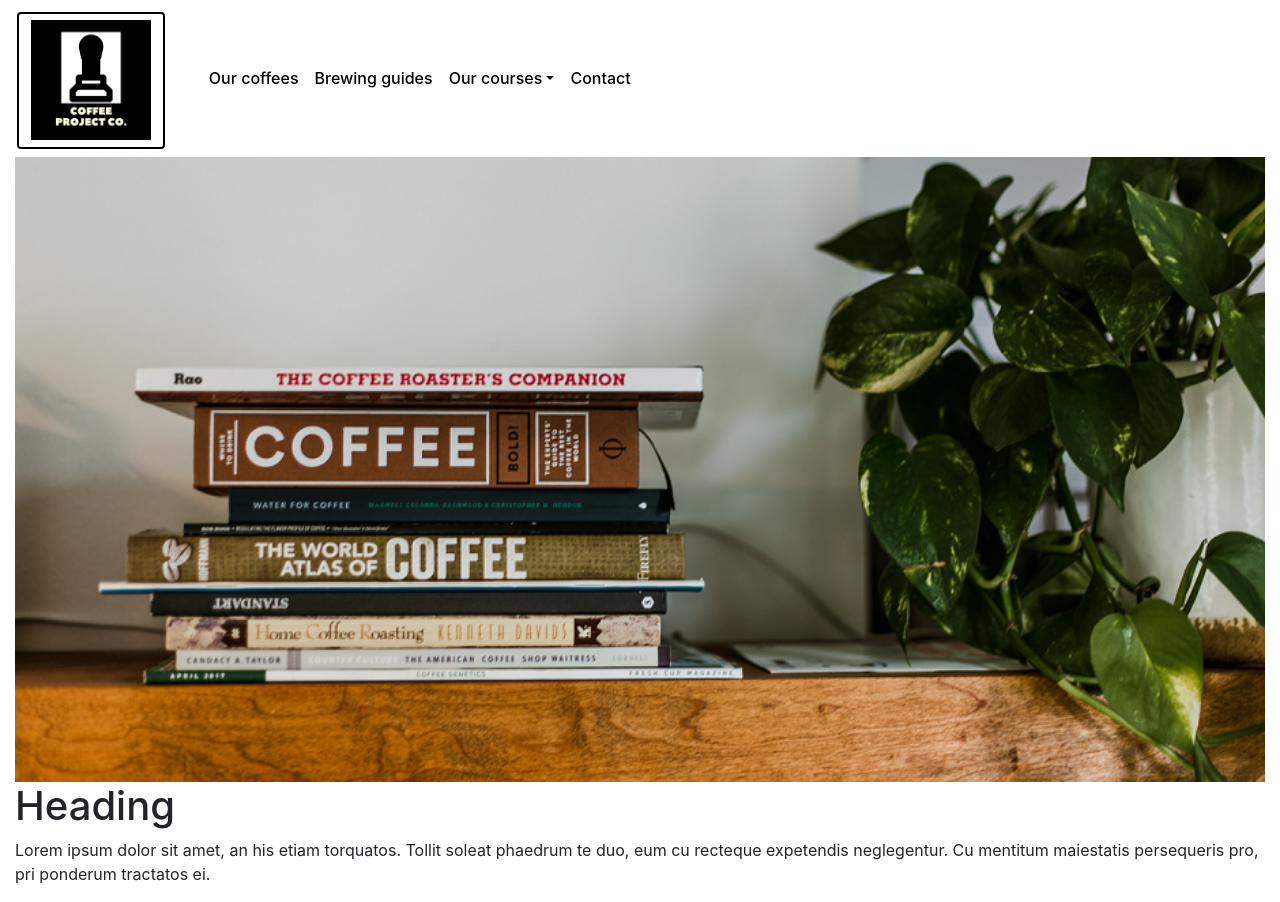
Repository: roxanahefferon/M1
Page: courses.html
The author's editor kept a record of every edit. The page is drawn from the files as they stood at one moment, then again after the next edit.
The browser window is 1280 px wide. The pictures show the whole page.
Some web libraries are served in a nearby version.

Above is the page before.

### courses.html
<!DOCTYPE html>
<html lang="en">

<head>
  <meta charset="UTF-8">
  <meta name="viewport" content="width=device-width, initial-scale=1.0">
  <meta http-equiv="X-UA-Compatible" content="ie=edge">
  <link rel="stylesheet" href="https://maxcdn.bootstrapcdn.com/bootstrap/4.0.0/css/bootstrap.min.css" integrity="sha384-Gn5384xqQ1aoWXA+058RXPxPg6fy4IWvTNh0E263XmFcJlSAwiGgFAW/dAiS6JXm" crossorigin="anonymous">
  <script src="https://kit.fontawesome.com/877201db70.js" crossorigin="anonymous"></script>
  <link rel="stylesheet" href="assets/css/style.css" type="text/css" />
  <title>Coffee Project Co.</title>
</head>

<header>

  <! --- navbar --->

  <nav class="navbar navbar-expand-sm navbar-light fixed-top"> <a class="navbar-brand" href="index.html"> <img src="./assets/images/coffee-project-logo.png" width="120px" alt="bbb-logo"></a>
    <button class="navbar-toggler" type="button" data-toggle="collapse" data-target="#collapsibleNavbar">
    <span class="navbar-toggler-icon"></span>
  </button>
    <div class="collapse navbar-collapse " id="collapsibleNavbar">
      <ul class="navbar-nav">
        <li class="nav-item">
          <a class="nav-link" href="#">Our coffees</a>
        </li>
        <li class="nav-item">
          <a class="nav-link" href="# ">Brewing guides</a>
        </li>
        <li class="nav-item dropdown">
          <a class="nav-link dropdown-toggle" href="#" id="navbardrop" data-toggle="dropdown">Our courses</a>
          <div class="dropdown-menu">
            <a class="dropdown-item" href="#">Intro to coffee</a>
            <a class="dropdown-item" href="#">Barista SCA</a>
            <a class="dropdown-item" href="#">Brewing SCA</a>
          </div>
        </li>
        <li class="nav-item">
          <a class="nav-link" href="#">Contact</a>
        </li>
      </ul>
    </div>
  </nav>

</header>


<div class="container-fluid">
<div class="courses-img1">
  <img src="./assets/images/sca-courses-img.png" alt="coffee books on shelf image" style="width:100%;">
  <div class="courses-text">
  <div class="courses-heading">
    <h1>Heading</h1>
    </div>
  <div class="courses-body">
    <p>Lorem ipsum dolor sit amet, an his etiam torquatos. Tollit soleat phaedrum te duo, eum cu recteque expetendis neglegentur. Cu mentitum maiestatis persequeris pro, pri ponderum tractatos ei.</p>
  </div>
  </div>
</div>
</div>













<footer>

</footer>

<body>

  <script src="https://code.jquery.com/jquery-3.2.1.slim.min.js" integrity="sha384-KJ3o2DKtIkvYIK3UENzmM7KCkRr/rE9/Qpg6aAZGJwFDMVNA/GpGFF93hXpG5KkN" crossorigin="anonymous"></script>
  <script src="https://cdnjs.cloudflare.com/ajax/libs/popper.js/1.12.9/umd/popper.min.js" integrity="sha384-ApNbgh9B+Y1QKtv3Rn7W3mgPxhU9K/ScQsAP7hUibX39j7fakFPskvXusvfa0b4Q" crossorigin="anonymous"></script>
  <script src="https://maxcdn.bootstrapcdn.com/bootstrap/4.0.0/js/bootstrap.min.js" integrity="sha384-JZR6Spejh4U02d8jOt6vLEHfe/JQGiRRSQQxSfFWpi1MquVdAyjUar5+76PVCmYl" crossorigin="anonymous"></script>
</body>

</html>

### assets/css/style.css
@import url('https://fonts.googleapis.com/css?family=Lato|Montserrat:500&display=swap');

body {
    margin: 0;
    padding: 0;
}

/* --- navbar --- */

.navbar-brand {
    margin-left: 0.05rem;
    margin-top: 0.25rem;
    border: solid 2px;
    border-color: #000000;
    border-radius: 0.25rem;
    padding: .40rem .75rem;
}

.navbar-light {
    background-color: #ffffff;
}

.navbar fixed-top {
    position: fixed !important;
}

.navbar-brand:hover {
    border-color: #b87333;
}

.navbar .navbar-toggler {
    border: solid 2px;
    border-color: #000000;
}

.navbar .navbar-toggler:hover {
    border-color: #b87333;
}

.dropdown a {
    font-weight: 500;
}

.navbar-nav a {
    font-weight: 500;
}

.dropdown-menu {
    border: solid 2px;
    color: #000000;
}

.dropdown-menu:hover {
    color: #b87333;
}

.navbar-collapse {
    margin-left: 20px;
}

.nav-item a {
    color: #000000;
}

.navbar-light .navbar-nav .nav-link {
    color: #000000;
}

.bgblack {
    background-color: #000000;
}

/* --- jumbotron hero image --- */

.jumbotron-container {
    margin-top: 180px;
}

.jumbotron {
    background-image: url("https://i.imgur.com/ysdDc1S.png");
    background-position: center;
    background-repeat: no-repeat;
    background-size: cover;
    position: relative;
    margin-bottom: 0.5rem;
}

.jumbotron h1,
.jumbotron p {
    color: #fafafa;
    text-align: center;
}

.jumbotron-divider {
    background-color: #b87333;
    margin: 1.5rem;
}

.badge-light {
    background-color: #b87333;
    border: none;
    color: #ffffff;
    font-weight: lighter;
}

.badge-light:hover {
    background-color: #4a4a4f;
    border: none;
    color: #000000;
    font-weight: inherit;
    font-size: 1rem;
}

.quote-landing {
    color: #b87333;
    text-align: center;
    font-family: "Lora", sans-serif;
    font-weight: 500;
    font-size: 1.2rem;
    margin-top: 1rem;
    padding: 5px;
    border: 2px solid;
    border-color: #b87333;
    border-radius: 0.3rem;
}

.quote {
    margin-top: 1rem;
    margin-bottom: 1rem;
}

/* --- about us --- */

.about {
    color: #fafafa;
    font-weight: lighter;
    margin-bottom: 0.5rem;
    padding: 0.5rem 0;
    border-radius: 0.25rem;
}

.about p {
    margin: 1rem;
    text-align: center;
}

/* --- beans --- */

.ourbeans {
    position: relative;
    text-align: center;
    color: white;
    text-transform: uppercase;
    font-weight: bolder;
    font-size: 1.8rem;
}

.ourbeansheader {
    position: absolute;
    top: 50%;
    left: 50%;
    transform: translate(-50%, -50%);
    border: 5px solid;
    border-radius: 0.25rem;
    padding: 0.4rem;
}


/* --- cards landing ---*/

.card1,
.card2 {
    margin-top: 2rem;
    padding-bottom: 2rem;
}

.card-header {
    background-color: #000000;
    color: #b87333;
    text-align: center;
}

.card-img-top {
    max-height: 50%;
}

.btn-light {
    background-color: #b87333;
}

/* --- sca courses --- */

.sca-section {
    margin-top: 20px;
}

.sca-img {
    padding: 0;
    border: 2px solid;
    border-radius: 0.25rem;
}

/* --- brew guides --- */

.brewguides {
    position: relative;
    text-align: center;
    color: white;
    text-transform: uppercase;
    font-weight: bolder;
    font-size: 1.8rem;
    margin-top: 2rem;
}

.brewguidesheader {
    position: absolute;
    top: 50%;
    left: 50%;
    transform: translate(-50%, -50%);
    border: 5px solid;
    border-radius: 0.25rem;
    padding: 0.4rem;
}

#methods {
    margin-top: 2rem;
}

/* --- media queries --- */

@media (min-width: 768px) {
    .quote-landing {
        font-size: 2.5rem;
    }
}

@media (min-width: 768px) {
    .ourbeans-img {
        height: 180px;
    }
}

After the next edit:
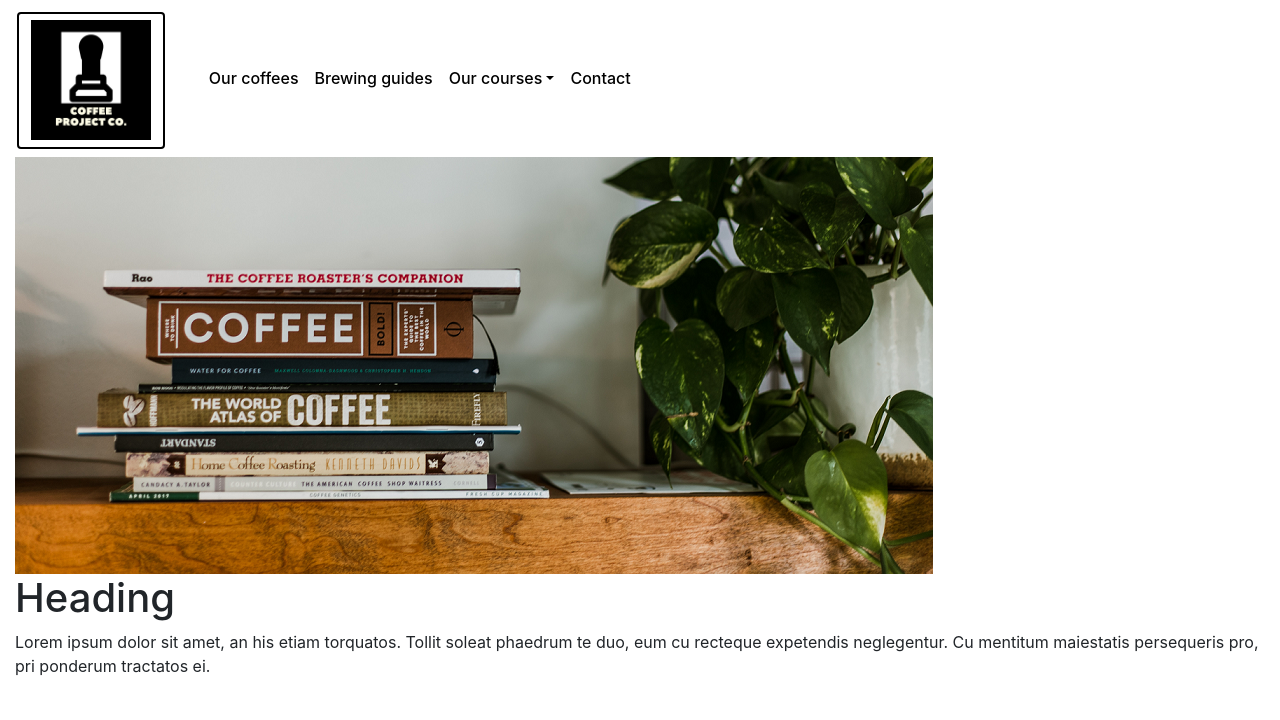
The edit:
--- a/courses.html
+++ b/courses.html
@@ -47,7 +47,7 @@
 
 <div class="container-fluid">
 <div class="courses-img1">
-  <img src="./assets/images/sca-courses-img.png" alt="coffee books on shelf image" style="width:100%;">
+  <img src="./assets/images/sca-courses-img.png" alt="coffee books on shelf image">
   <div class="courses-text">
   <div class="courses-heading">
     <h1>Heading</h1>
